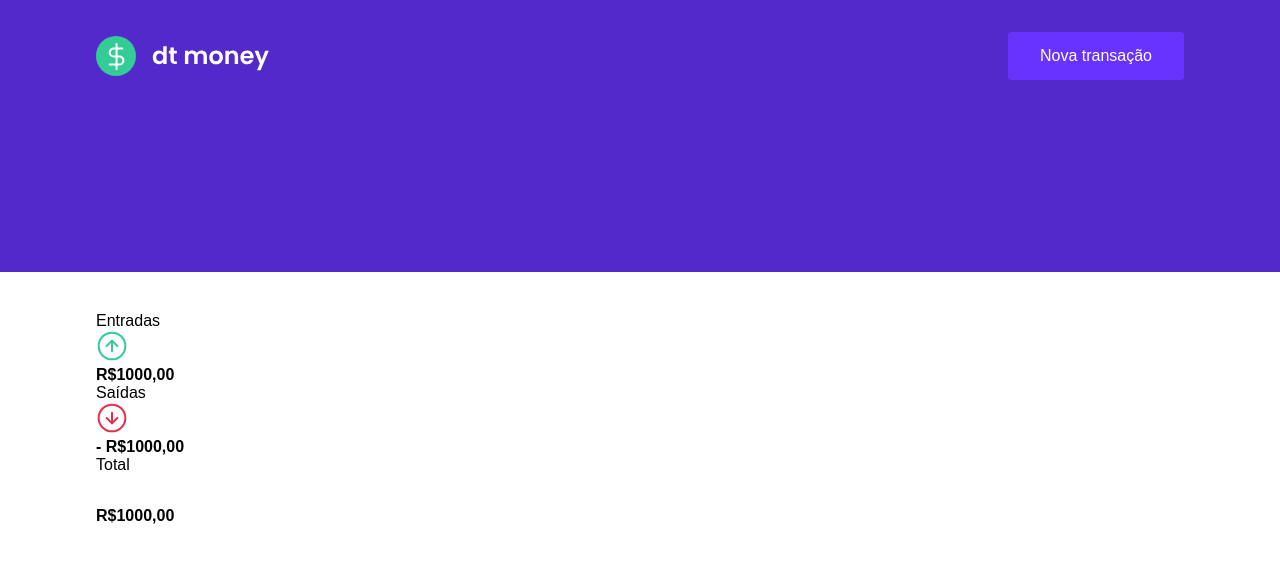
Repository: joaovnogueira/dtmoney
Page: /
An editor plug-in stored every save of this project. The page is shown before and after the next save, followed by the edit.
The browser window is 1280 px wide. The pictures show the whole page.
The project was rebuilt for these pictures with package versions that can differ from the ones it lists, and the page was loaded fresh each time.

Above is the page before, as saved 2022-06-21 14:31:19.

After the next save:
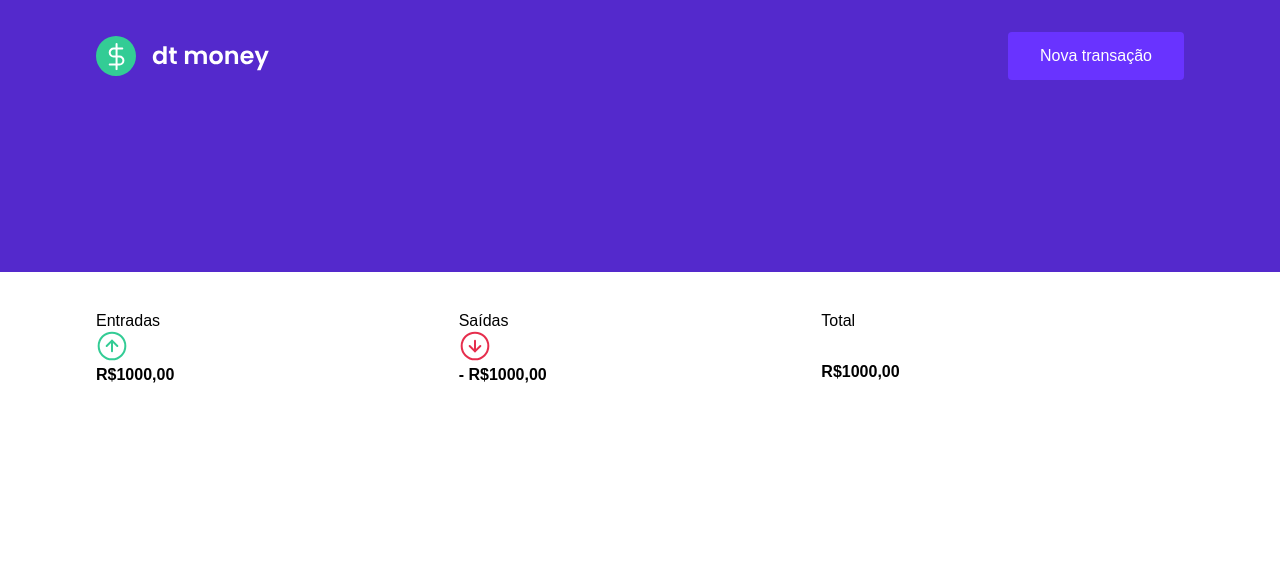
Saved 5 s later.
--- a/src/components/summary/styles.ts
+++ b/src/components/summary/styles.ts
@@ -2,5 +2,5 @@
 
 export const Container = styled.div`
     display: grid;
-    grid-template-columns: repeat(3,)
+    grid-template-columns: repeat(3,1fr)
 `;
